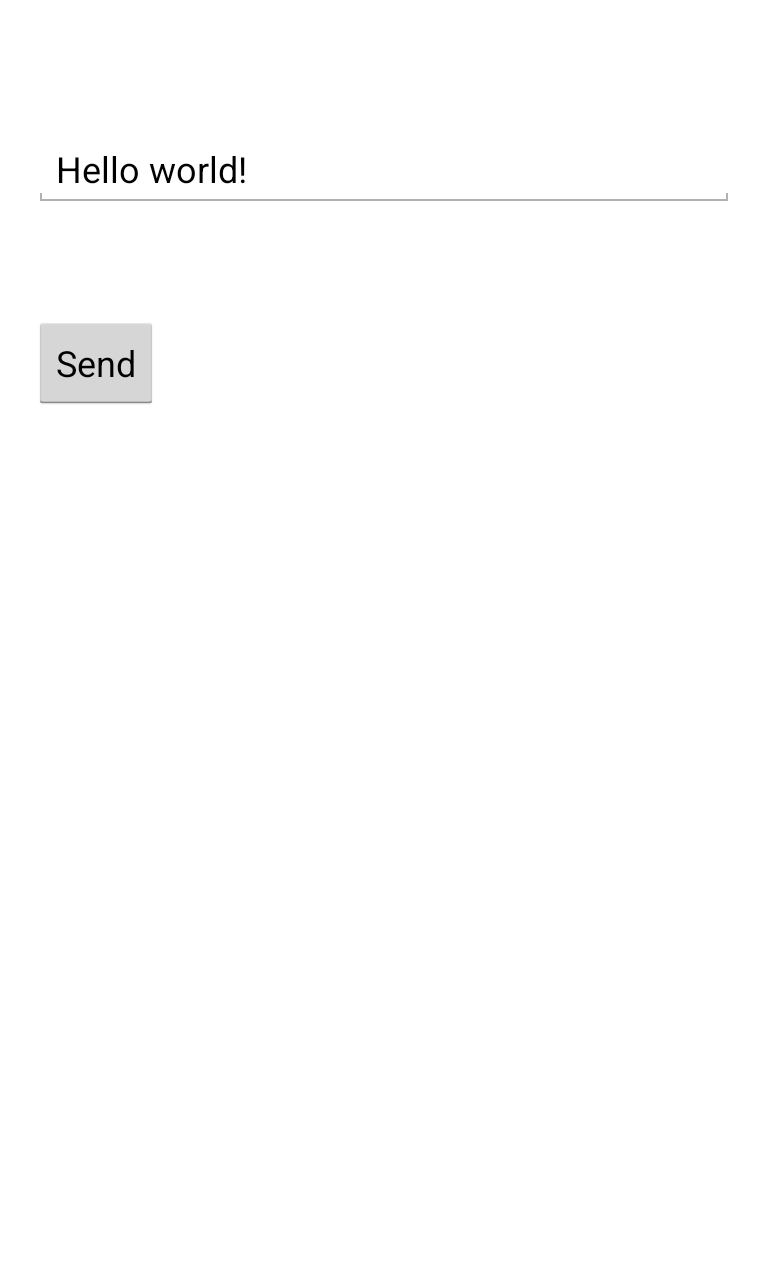
Repository: turner11/Android-Final-Project
Layout: SmsTranslator/res/layout/activity_main.xml
The author's editor kept a copy of each file at every save. The layout is drawn from the files as they stood at one save, then again after the next save.
It is drawn on a 768 x 1280 px phone screen (xhdpi) without system bars, with theme AppTheme; the app's code is not run.

Above is the layout before, as saved 2014-06-01 19:22:32.

### SmsTranslator/res/layout/activity_main.xml
<RelativeLayout xmlns:android="http://schemas.android.com/apk/res/android"
    xmlns:tools="http://schemas.android.com/tools"
    android:layout_width="match_parent"
    android:layout_height="match_parent"
    android:paddingBottom="@dimen/activity_vertical_margin"
    android:paddingLeft="@dimen/activity_horizontal_margin"
    android:paddingRight="@dimen/activity_horizontal_margin"
    android:paddingTop="@dimen/activity_vertical_margin"
    tools:context=".MainActivity" >

    <EditText
        android:id="@+id/txbText"
        android:layout_width="match_parent"
        android:layout_height="wrap_content"
        android:layout_alignParentTop="true"
        android:layout_centerHorizontal="true"
        android:layout_marginTop="49dp"
        android:inputType="text"
        android:lines="5"
        android:text="@string/hello_world" />

    <Button
        android:id="@+id/btnSend"
        android:layout_width="wrap_content"
        android:layout_height="wrap_content"
        android:layout_alignLeft="@+id/txbText"
        android:layout_below="@+id/txbText"
        android:layout_marginTop="53dp"
        android:text="@string/Send" />

</RelativeLayout>

### SmsTranslator/res/values/strings.xml
<?xml version="1.0" encoding="utf-8"?>
<resources>

    <string name="app_name">SmsTranslator</string>
    <string name="action_settings">Settings</string>
    <string name="hello_world">Hello world!</string>
    <string name="Send">Send</string>

</resources>

Loaded but not shown: SmsTranslator/res/values/styles.xml (common file); SmsTranslator/res/values-v11/styles.xml (common file); SmsTranslator/res/values-v14/styles.xml (common file); SmsTranslator/res/values/dimens.xml (common file)

After the next save:
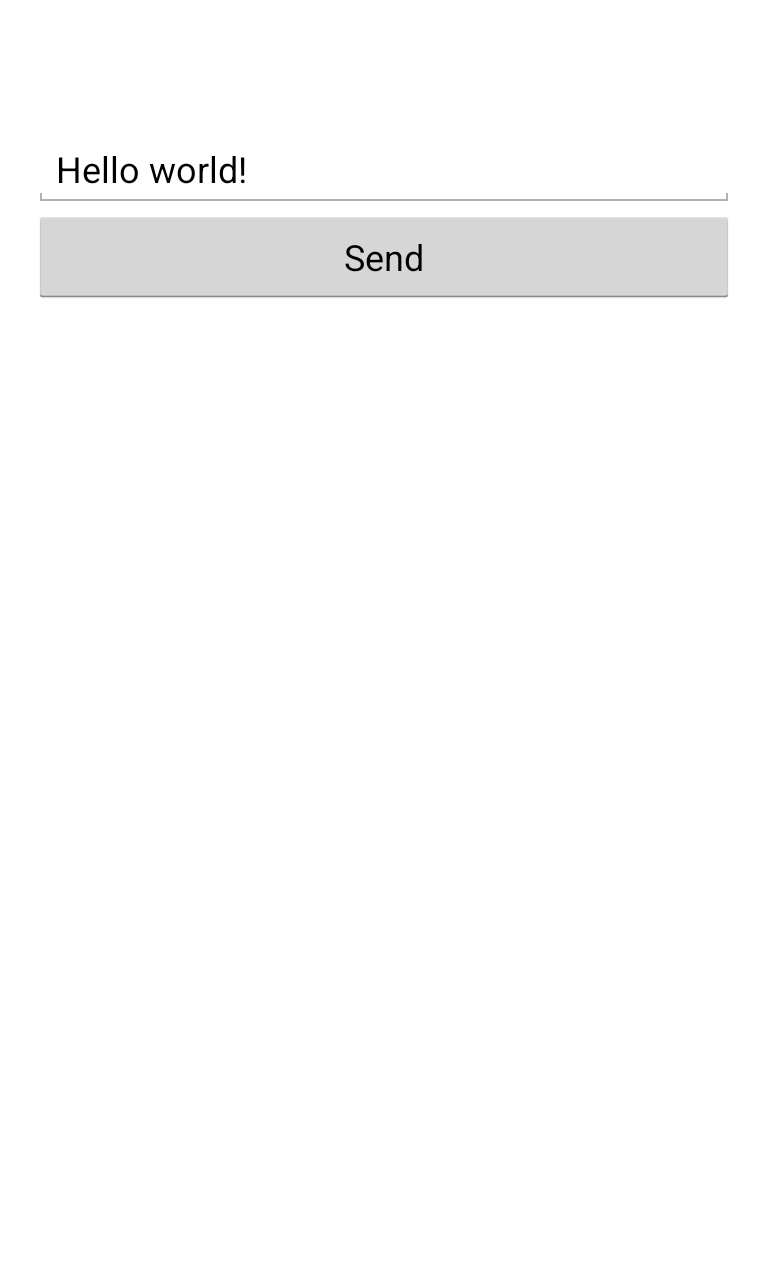
Saved 14 s later.
--- a/SmsTranslator/res/layout/activity_main.xml
+++ b/SmsTranslator/res/layout/activity_main.xml
@@ -21,11 +21,10 @@
 
     <Button
         android:id="@+id/btnSend"
-        android:layout_width="wrap_content"
+        android:layout_width="match_parent"
         android:layout_height="wrap_content"
         android:layout_alignLeft="@+id/txbText"
         android:layout_below="@+id/txbText"
-        android:layout_marginTop="53dp"
         android:text="@string/Send" />
 
 </RelativeLayout>
